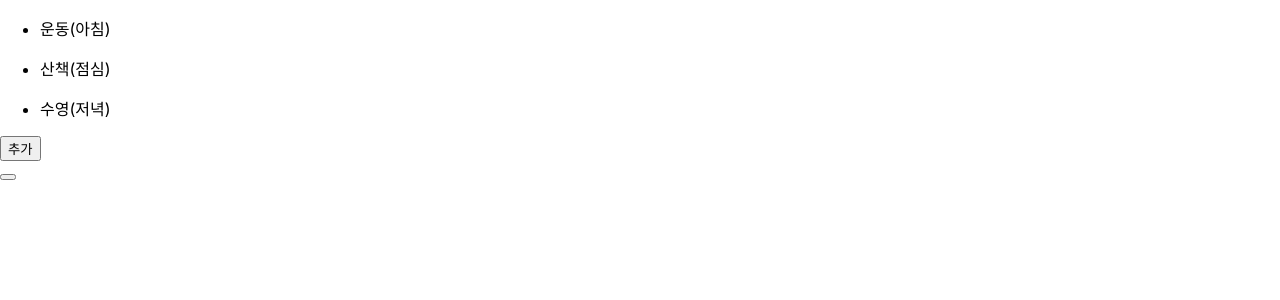
Repository: 0gunkim/REACT-TODO-PRAC
Page: / (app in todo/)
An editor plug-in stored every save of this project. The page is shown before and after the next save, followed by the edit.
The browser window is 1280 px wide. The pictures show the whole page.
The project was rebuilt for these pictures with package versions that can differ from the ones it lists, and the page was loaded fresh each time.

Above is the page before, as saved 2023-01-04 13:20:51.

### todo/src/App.js
import TodoList from "./pages/TodoList";


function App() {
  return (
    <div className="App">
   <TodoList></TodoList>
    </div>
  );
}

export default App;

### todo/src/pages/TodoList.jsx
import React from 'react';
import { useState } from 'react';
import { initialTodo } from '../util/initialTodo';
import { AddButton } from '../components/AddButton';
import { EditButton } from '../components/EditButton';

export default function TodoList() {
    const [todo, setTodo] = useState(initialTodo)
    return (
        <div>
            {todo.map((list)=>{
                return(
                <div key={list.id}>
                    <ul>
                        <li>{list.title}({list.time})</li>
                    </ul>
                </div>

                )})}
                <AddButton todo={todo} setTodo={setTodo} />
                <EditButton />
        </div>
    );
}

### todo/src/util/initialTodo.js
export const initialTodo = [
{
    id: 1,
    title: '운동',
    time: '아침',
},
{
    id: 2,
    title: '산책',
    time: '점심',
},
{
    id: 3,
    title: '수영',
    time: '저녁',
},
]

### todo/src/components/AddButton.jsx
import React from 'react';

export const AddButton = (props) => {
    const {todo, setTodo} = props;
    const addHandlerButton = () => {
        const ff = prompt(`오늘의 할일은?`);
        const time = prompt(`아침? 점심? 저녁? 언제?`);
        setTodo(() => (
            [...todo, {title: ff, time}]
        ))
    };
    return(
        <div>
        <button onClick={addHandlerButton}>추가</button>
        </div>
    );
};

### todo/src/components/EditButton.jsx
import React from 'react';

export const EditButton = () => {
    const editHandlerButton = (props) => {
        const {todo, setTodo} = props;

        const editId = prompt(`수정하고싶은 번호 입력`);
        const current = prompt(`수정하고싶은 일을 적어주세요`);
        setTodo(todo => ([...todo, todo.id.map((i) => {
            if(i.id === editId){
                return {...todo, title: current}
            }
        })]))
    };
    return(
        <div>
            <button onClick={editHandlerButton} ></button>
        </div>
    );
};

Loaded but not shown: todo/public/index.html (common file); todo/src/index.js (common file); todo/src/index.css (common file); todo/src/reportWebVitals.js (common file)

After the next save:
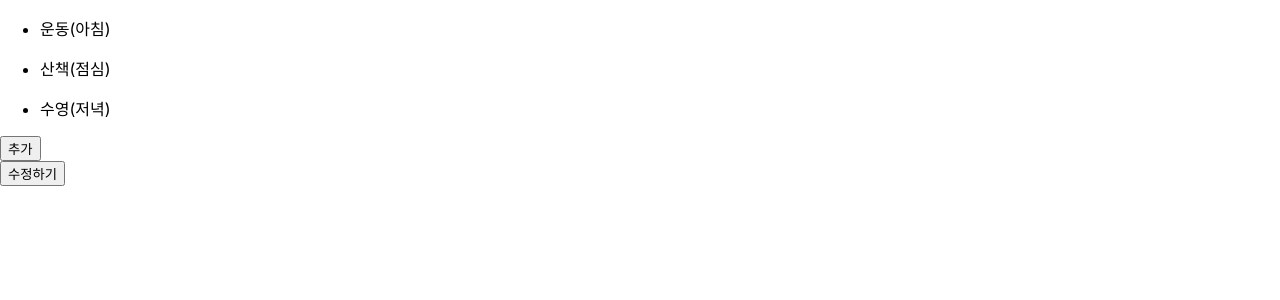
Saved 19 s later.
--- a/todo/src/components/EditButton.jsx
+++ b/todo/src/components/EditButton.jsx
@@ -14,7 +14,7 @@ export const EditButton = () => {
     };
     return(
         <div>
-            <button onClick={editHandlerButton} ></button>
+            <button onClick={editHandlerButton}>수정하기</button>
         </div>
     );
 };
